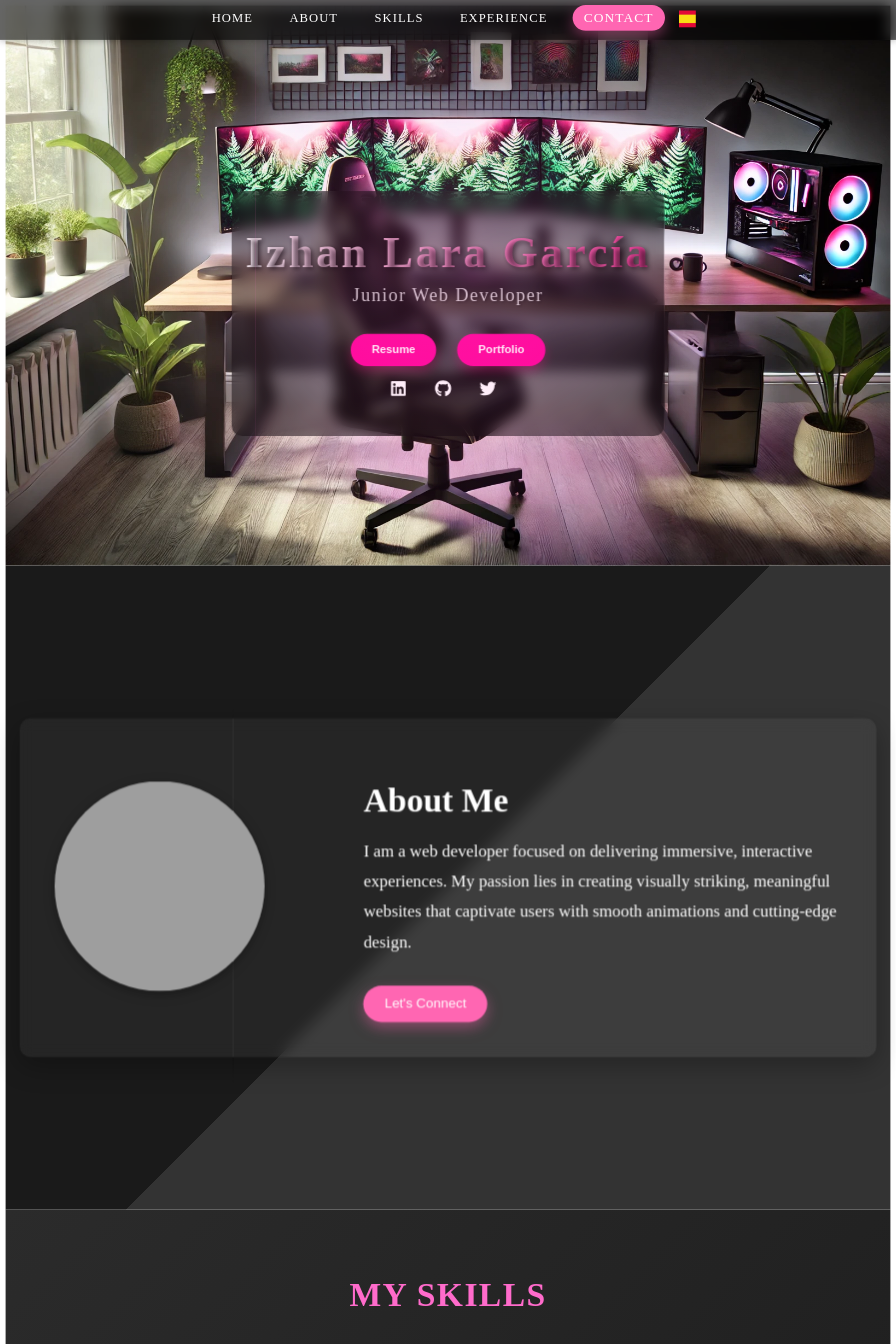
Repository: izhanlaraagarcia/izhanlaraagarcia.github.io
Page: / (app in vite-project/)
An editor plug-in stored every save of this project. The page is shown before and after the next save, followed by the edit.
The browser window is 1280 px wide. The pictures show the part of the page from y = 0 to 1920 px (the page is 3543 px tall before and 720 px after), at 70% of full size.
Pictures or frames that could not be fetched are drawn as grey boxes. The project was rebuilt for these pictures with package versions that can differ from the ones it lists, and the page was loaded fresh each time. Also part of the build but not shown: vite-project/vite.config.js.

Above is the page before, as saved 2024-09-18 12:12:14.

### vite-project/index.html
<!doctype html>
<html lang="en">

<head>
  <meta charset="UTF-8" />
  <link rel="shortcut icon" href="./public/favicon.ico" type="image/x-icon">
  <meta name="viewport" content="width=device-width, initial-scale=1.0" />
  <title>IzzyLG</title>
</head>

<body>
  <div id="root"></div>
  <script type="module" src="/src/main.jsx"></script>
</body>

</html>

### vite-project/src/App.jsx
// App.js
import React, { useState } from 'react';
import HeaderComponent from './components/HeaderComponent';
import SkillsComponent from './components/SkillsComponent';
import ExperienceComponent from './components/ExperienceComponent';
import FooterComponent from './components/FooterComponent';
// import { Link } from 'react-scroll';


function App() {
  const [language, setLanguage] = useState('en');

  const toggleLanguage = () => {
    setLanguage(prevLang => (prevLang === 'en' ? 'es' : 'en'));
  };
  return (
    <div className="App">
      <HeaderComponent onLanguageToggle={toggleLanguage} />
      <SkillsComponent />
      <ExperienceComponent />
      <FooterComponent />
    </div>
  );
}

export default App;

### vite-project/src/components/HeaderComponent.jsx

import React, { useState } from 'react';
import { motion } from 'framer-motion';
import { Link } from 'react-scroll';
import { FaLinkedin, FaGithub, FaTwitter } from 'react-icons/fa';
import USFlag from '../assets/us-flag.png';
import ESFlag from '../assets/es-flag.png';
import AboutComponent from './AboutComponent';

const HeaderComponent = () => {
  const [language, setLanguage] = useState('en');

  const translations = {
    en: {
      name: "Izhan Lara García",
      title: "Junior Web Developer",
      resume: "Resume",
      portfolio: "Portfolio",
      menu: {
        home: "Home",
        about: "About",
        skills: "Skills",
        experience: "Experience",
        contact: "Contact",
      },
    },
    es: {
      name: "Izhan Lara García",
      title: "Desarrollador Web Junior",
      resume: "Currículum",
      portfolio: "Portafolio",
      menu: {
        home: "Inicio",
        about: "Sobre mí",
        skills: "Habilidades",
        experience: "Experiencia",
        contact: "Contacto",
      },
    },
  };

  const toggleLanguage = () => {
    setLanguage((prevLang) => (prevLang === 'en' ? 'es' : 'en'));
  };

  return (
    <>
      <header className="header" id="header">
        <motion.nav
          className="nav"
          initial={{ opacity: 0, y: -50 }}
          animate={{ opacity: 1, y: 0 }}
          transition={{ delay: 0.5, duration: 1 }}
        >
          <ul className="nav-list">
            <li><Link to="header" smooth={true}>{translations[language].menu.home}</Link></li>
            <li><Link to="about" smooth={true}>{translations[language].menu.about}</Link></li>
            <li><Link to="skills" smooth={true}>{translations[language].menu.skills}</Link></li>
            <li><Link to="experience" smooth={true}>{translations[language].menu.experience}</Link></li>
            <li><Link to="footer" smooth={true} className="contact-btn">{translations[language].menu.contact}</Link></li>

            <li className="lang-btn-wrapper">
              <button className="lang-btn" onClick={toggleLanguage}>
                {language === 'en' ? (
                  <img src={ESFlag} alt="Spanish Flag" className="flag-icon" />
                ) : (
                  <img src={USFlag} alt="US Flag" className="flag-icon" />
                )}
              </button>
            </li>
          </ul>
        </motion.nav>

        <motion.div
          className="header-content"
          initial={{ opacity: 0 }}
          animate={{ opacity: 1 }}
          transition={{ duration: 1.5 }}
        >
          <motion.h1
            className="header-title"
            initial={{ scale: 0.8, y: -100 }}
            animate={{ scale: 1, y: 0 }}
            transition={{ duration: 1, ease: "easeOut" }}
            whileHover={{ scale: 1.05, color: "#f09" }}
          >
            {translations[language].name}
          </motion.h1>

          <p className="header-subtitle">
            {translations[language].title}
          </p>

          <div className="header-buttons">
            <motion.button whileHover={{ scale: 1.1 }} className="btn">
              {translations[language].resume}
            </motion.button>
            <motion.button whileHover={{ scale: 1.1 }} className="btn">
              {translations[language].portfolio}
            </motion.button>
          </div>

          <motion.div
            className="social-icons"
            initial={{ y: 50, opacity: 0 }}
            animate={{ y: 0, opacity: 1 }}
            transition={{ duration: 1, delay: 1 }}
          >
            <motion.a href="https://linkedin.com" target="_blank" whileHover={{ scale: 1.2 }}><FaLinkedin /></motion.a>
            <motion.a href="https://github.com" target="_blank" whileHover={{ scale: 1.2 }}><FaGithub /></motion.a>
            <motion.a href="https://twitter.com" target="_blank" whileHover={{ scale: 1.2 }}><FaTwitter /></motion.a>
          </motion.div>
        </motion.div>
      </header>

      {/* Sección About */}
      <AboutComponent language={language} />
    </>
  );
};

export default HeaderComponent;

### vite-project/src/components/SkillsComponent.jsx
// SkillsComponent.js
import React from 'react';
import { motion } from 'framer-motion';

const skills = [
  { name: 'Photoshop', level: '90%' },
  { name: 'Illustrator', level: '85%' },
  { name: 'Figma', level: '80%' },
  { name: 'React', level: '75%' },
  { name: 'CSS', level: '85%' },
  { name: 'JavaScript', level: '80%' },
];

const containerVariants = {
  hidden: { opacity: 0 },
  visible: {
    opacity: 1,
    transition: { staggerChildren: 0.2, delayChildren: 0.5 },
  },
};

const barVariants = {
  hidden: { width: '0%' },
  visible: (level) => ({
    width: level,
    transition: { duration: 2, type: 'spring', stiffness: 100 },
  }),
};

const SkillsComponent = () => {
  return (
    <motion.section
      id="skills"
      className="skills full-screen"
      initial="hidden"
      animate="visible"
      variants={containerVariants}
    >
      <motion.h3
        className="skills-title"
        initial={{ scale: 0 }}
        animate={{ scale: 1 }}
        transition={{ type: 'spring', stiffness: 200, duration: 1.5 }}
      >
        My Skills
      </motion.h3>

      <div className="skill-bars">
        {skills.map((skill, idx) => (
          <div key={idx} className="skill">
            <motion.span
              className="skill-name"
              initial={{ opacity: 0, y: -50 }}
              animate={{ opacity: 1, y: 0 }}
              transition={{ duration: 1, ease: 'easeOut' }}
            >
              {skill.name}
            </motion.span>
            <motion.div
              className="bar"
              custom={skill.level}
              variants={barVariants}
              initial="hidden"
              animate="visible"
            />
          </div>
        ))}
      </div>
    </motion.section>
  );
};

export default SkillsComponent;

### vite-project/src/components/ExperienceComponent.jsx
import React from 'react';
import { motion } from 'framer-motion';
import { FaBriefcase } from 'react-icons/fa'; // Añadimos íconos

const experiences = [
  {
    company: 'White Fish Advertising Co.',
    role: 'Web Developer',
    duration: '2018-2020',
  },
  {
    company: 'Pyramid Sun Advertising Co.',
    role: 'Frontend Developer',
    duration: '2020-2021',
  },
  {
    company: 'Planet Stationary & Printing Services Co.',
    role: 'Full Stack Developer',
    duration: '2021-2022',
  },
  {
    company: 'Marco Florida Internet & Computer Services Co.',
    role: 'Senior Developer',
    duration: '2022-Present',
  },
];

const ExperienceComponent = () => {
  return (
    <section id="experience" className="experience">
      <h3 className="experience-title">Experience</h3>
      <div className="experience-cards">
        {experiences.map((exp, idx) => (
          <motion.div
            key={idx}
            className="card"
            whileHover={{ scale: 1.05 }}
            transition={{ duration: 0.4 }}
          >
            <FaBriefcase className="experience-icon" />
            <h4 className="company-name">{exp.company}</h4>
            <p className="role">{exp.role}</p>
            <p className="duration">{exp.duration}</p>
          </motion.div>
        ))}
      </div>
    </section>
  );
};

export default ExperienceComponent;

### vite-project/src/components/FooterComponent.jsx
// FooterComponent.js
import React from 'react';
import { motion } from 'framer-motion';

const FooterComponent = () => {
  return (
    <motion.footer
      id="footer"
      className="footer"
      initial={{ opacity: 0 }}
      whileInView={{ opacity: 1 }}
      transition={{ duration: 1 }}
    >
      <p>Jason Martin | Florida, Orlando</p>
      <p>Email: jmartin@upwork.com</p>
    </motion.footer>
  );
};

export default FooterComponent;

### vite-project/src/components/AboutComponent.jsx
import React from 'react';
import { motion } from 'framer-motion';

// Variantes de animación para un efecto impresionante
const containerVariants = {
  hidden: { opacity: 0, y: 100 },
  visible: {
    opacity: 1,
    y: 0,
    transition: { duration: 1.2, ease: "easeOut", when: "beforeChildren", staggerChildren: 0.3 }
  },
};

const textVariants = {
  hidden: { opacity: 0, y: 20 },
  visible: { opacity: 1, y: 0, transition: { duration: 1, ease: "easeOut" } }
};

const buttonVariants = {
  hover: {
    scale: 1.1,
    backgroundColor: "#ff66b2",
    transition: { duration: 0.3, yoyo: Infinity }
  }
};

const AboutComponent = ({ language }) => {
  const translations = {
    en: {
      title: "About Me",
      description: "I am a web developer focused on delivering immersive, interactive experiences. My passion lies in creating visually striking, meaningful websites that captivate users with smooth animations and cutting-edge design.",
      button: "Let's Connect",
    },
    es: {
      title: "Sobre Mí",
      description: "Soy un desarrollador web enfocado en crear experiencias inmersivas e interactivas. Mi pasión está en crear sitios web visualmente impactantes y significativos, que cautiven a los usuarios con animaciones fluidas y un diseño innovador.",
      button: "Conectemos",
    },
  };

  const t = translations[language] || translations['en'];

  return (
    <section id="about" className="about-section">
      <motion.div
        className="about-content"
        variants={containerVariants}
        initial="hidden"
        animate="visible"
      >
        {/* Imagen de perfil con efecto zoom */}
        <motion.div
          className="profile-image-wrapper"
          whileHover={{ scale: 1.05, rotate: 3 }}
          transition={{ duration: 0.6, ease: "easeOut" }}
        >
          <img
            src="https://fiverr-res.cloudinary.com/images/t_main1,q_auto,f_auto,q_auto,f_auto/gigs/343888962/original/6390876df1dceff78be91e8b27e84e33a85e5248/design-animated-discord-pfp-banner-avatar-and-icon.jpg"
            alt="Profile"
            className="profile-image"
          />
        </motion.div>

        {/* Texto del "About Me" con animación fluida */}
        <motion.div className="about-text" variants={textVariants}>
          <h2 className="about-title">{t.title}</h2>
          <p className="about-description">{t.description}</p>

          {/* Botón de contacto con animación vibrante */}
          <motion.button
            className="contact-btn"
            variants={buttonVariants}
            whileHover="hover"
          >
            {t.button}
          </motion.button>
        </motion.div>
      </motion.div>
    </section>
  );
};

export default AboutComponent;

Loaded but not shown: vite-project/src/main.jsx (common file); vite-project/src/index.css (421 lines, source omitted)

After the next save:
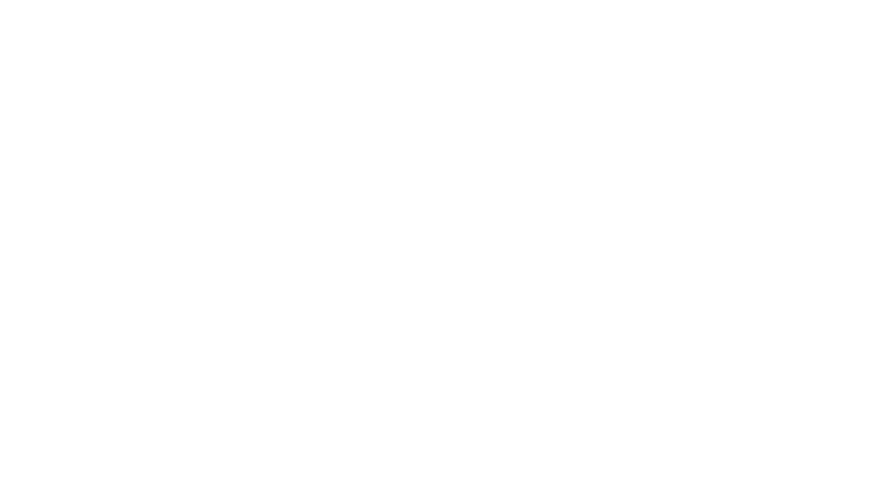
Console error (its wording comes from the project's code and is left out).
Saved 14 s later.
--- a/vite-project/src/components/ExperienceComponent.jsx
+++ b/vite-project/src/components/ExperienceComponent.jsx
@@ -1,51 +1,51 @@
-import React from 'react';
-import { motion } from 'framer-motion';
-import { FaBriefcase } from 'react-icons/fa'; // Añadimos íconos
+// import React from 'react';
+// import { motion } from 'framer-motion';
+// import { FaBriefcase } from 'react-icons/fa'; // Añadimos íconos
 
-const experiences = [
-  {
-    company: 'White Fish Advertising Co.',
-    role: 'Web Developer',
-    duration: '2018-2020',
-  },
-  {
-    company: 'Pyramid Sun Advertising Co.',
-    role: 'Frontend Developer',
-    duration: '2020-2021',
-  },
-  {
-    company: 'Planet Stationary & Printing Services Co.',
-    role: 'Full Stack Developer',
-    duration: '2021-2022',
-  },
-  {
-    company: 'Marco Florida Internet & Computer Services Co.',
-    role: 'Senior Developer',
-    duration: '2022-Present',
-  },
-];
+// const experiences = [
+//   {
+//     company: 'White Fish Advertising Co.',
+//     role: 'Web Developer',
+//     duration: '2018-2020',
+//   },
+//   {
+//     company: 'Pyramid Sun Advertising Co.',
+//     role: 'Frontend Developer',
+//     duration: '2020-2021',
+//   },
+//   {
+//     company: 'Planet Stationary & Printing Services Co.',
+//     role: 'Full Stack Developer',
+//     duration: '2021-2022',
+//   },
+//   {
+//     company: 'Marco Florida Internet & Computer Services Co.',
+//     role: 'Senior Developer',
+//     duration: '2022-Present',
+//   },
+// ];
 
-const ExperienceComponent = () => {
-  return (
-    <section id="experience" className="experience">
-      <h3 className="experience-title">Experience</h3>
-      <div className="experience-cards">
-        {experiences.map((exp, idx) => (
-          <motion.div
-            key={idx}
-            className="card"
-            whileHover={{ scale: 1.05 }}
-            transition={{ duration: 0.4 }}
-          >
-            <FaBriefcase className="experience-icon" />
-            <h4 className="company-name">{exp.company}</h4>
-            <p className="role">{exp.role}</p>
-            <p className="duration">{exp.duration}</p>
-          </motion.div>
-        ))}
-      </div>
-    </section>
-  );
-};
+// const ExperienceComponent = () => {
+//   return (
+//     <section id="experience" className="experience">
+//       <h3 className="experience-title">Experience</h3>
+//       <div className="experience-cards">
+//         {experiences.map((exp, idx) => (
+//           <motion.div
+//             key={idx}
+//             className="card"
+//             whileHover={{ scale: 1.05 }}
+//             transition={{ duration: 0.4 }}
+//           >
+//             <FaBriefcase className="experience-icon" />
+//             <h4 className="company-name">{exp.company}</h4>
+//             <p className="role">{exp.role}</p>
+//             <p className="duration">{exp.duration}</p>
+//           </motion.div>
+//         ))}
+//       </div>
+//     </section>
+//   );
+// };
 
-export default ExperienceComponent;
+// export default ExperienceComponent;

After the save that followed:
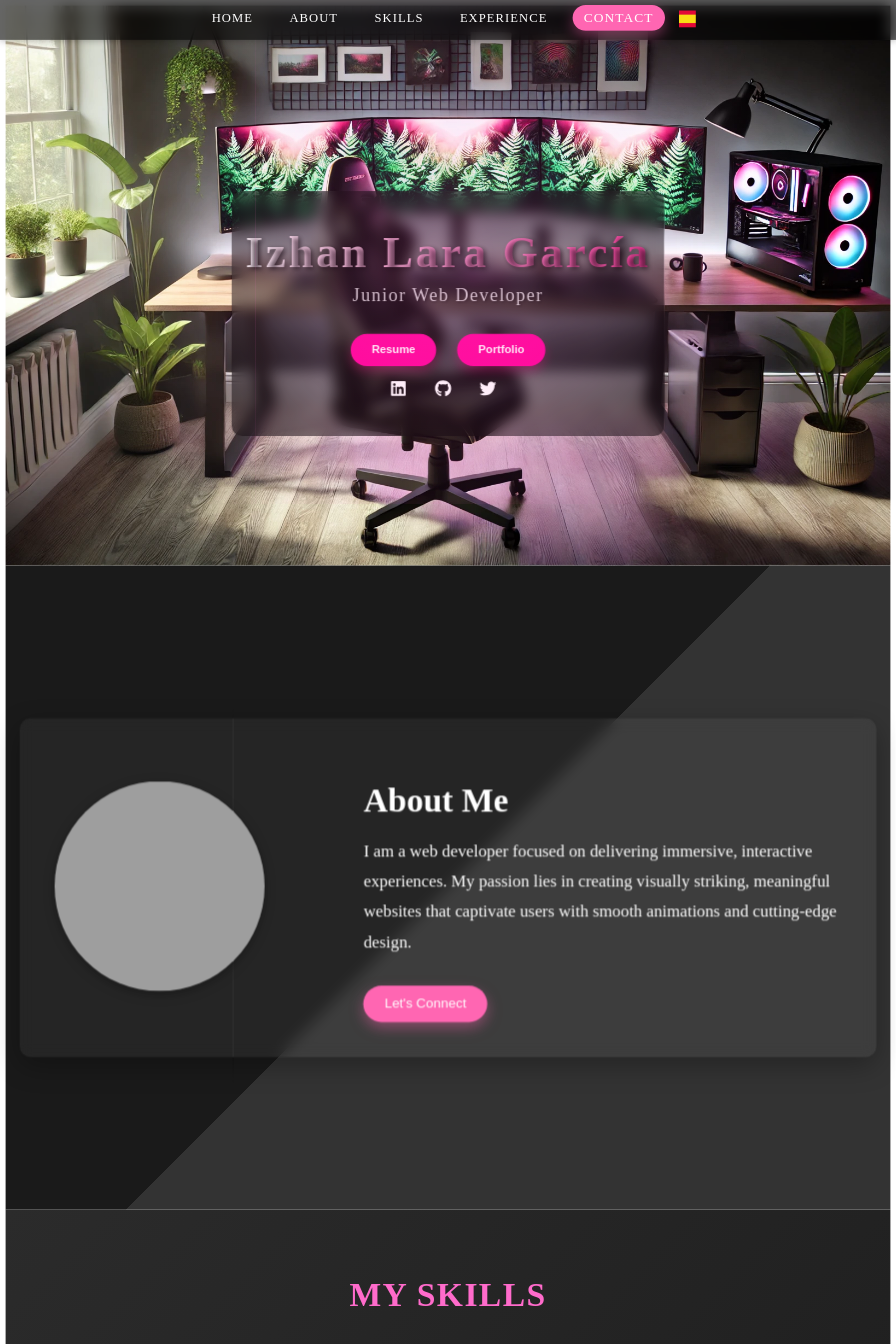
The error is gone.
Saved 4 s later.
--- a/vite-project/src/components/ExperienceComponent.jsx
+++ b/vite-project/src/components/ExperienceComponent.jsx
@@ -1,51 +1,51 @@
-// import React from 'react';
-// import { motion } from 'framer-motion';
-// import { FaBriefcase } from 'react-icons/fa'; // Añadimos íconos
+import React from 'react';
+import { motion } from 'framer-motion';
+import { FaBriefcase } from 'react-icons/fa'; // Añadimos íconos
 
-// const experiences = [
-//   {
-//     company: 'White Fish Advertising Co.',
-//     role: 'Web Developer',
-//     duration: '2018-2020',
-//   },
-//   {
-//     company: 'Pyramid Sun Advertising Co.',
-//     role: 'Frontend Developer',
-//     duration: '2020-2021',
-//   },
-//   {
-//     company: 'Planet Stationary & Printing Services Co.',
-//     role: 'Full Stack Developer',
-//     duration: '2021-2022',
-//   },
-//   {
-//     company: 'Marco Florida Internet & Computer Services Co.',
-//     role: 'Senior Developer',
-//     duration: '2022-Present',
-//   },
-// ];
+const experiences = [
+  {
+    company: 'White Fish Advertising Co.',
+    role: 'Web Developer',
+    duration: '2018-2020',
+  },
+  {
+    company: 'Pyramid Sun Advertising Co.',
+    role: 'Frontend Developer',
+    duration: '2020-2021',
+  },
+  {
+    company: 'Planet Stationary & Printing Services Co.',
+    role: 'Full Stack Developer',
+    duration: '2021-2022',
+  },
+  {
+    company: 'Marco Florida Internet & Computer Services Co.',
+    role: 'Senior Developer',
+    duration: '2022-Present',
+  },
+];
 
-// const ExperienceComponent = () => {
-//   return (
-//     <section id="experience" className="experience">
-//       <h3 className="experience-title">Experience</h3>
-//       <div className="experience-cards">
-//         {experiences.map((exp, idx) => (
-//           <motion.div
-//             key={idx}
-//             className="card"
-//             whileHover={{ scale: 1.05 }}
-//             transition={{ duration: 0.4 }}
-//           >
-//             <FaBriefcase className="experience-icon" />
-//             <h4 className="company-name">{exp.company}</h4>
-//             <p className="role">{exp.role}</p>
-//             <p className="duration">{exp.duration}</p>
-//           </motion.div>
-//         ))}
-//       </div>
-//     </section>
-//   );
-// };
+const ExperienceComponent = () => {
+  return (
+    <section id="experience" className="experience">
+      <h3 className="experience-title">Experience</h3>
+      <div className="experience-cards">
+        {experiences.map((exp, idx) => (
+          <motion.div
+            key={idx}
+            className="card"
+            whileHover={{ scale: 1.05 }}
+            transition={{ duration: 0.4 }}
+          >
+            <FaBriefcase className="experience-icon" />
+            <h4 className="company-name">{exp.company}</h4>
+            <p className="role">{exp.role}</p>
+            <p className="duration">{exp.duration}</p>
+          </motion.div>
+        ))}
+      </div>
+    </section>
+  );
+};
 
-// export default ExperienceComponent;
+export default ExperienceComponent;
